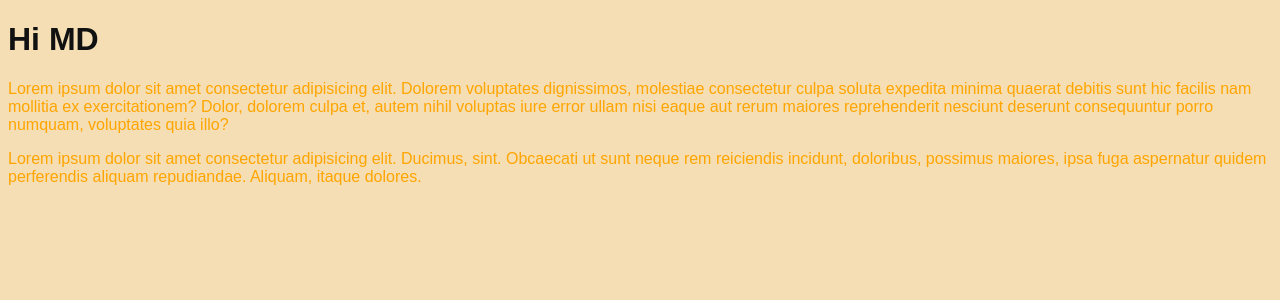
Repository: akashdev296-collab/saba
Page: index.html
An editor plug-in stored every save of this project. The page is shown before and after a run of saves, followed by the edit.
The browser window is 1280 px wide. The pictures show the whole page.

Above is the page before, as saved 2026-09-01 19:27:17.
Not found: js/app.js

After the next 7 saves:
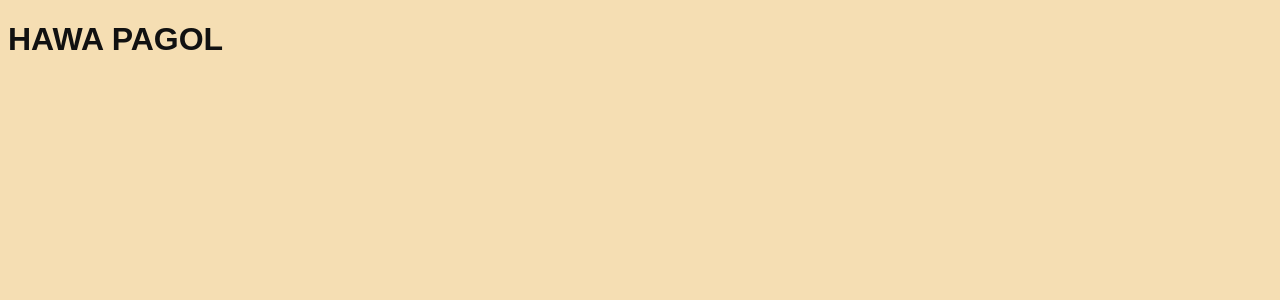
The 7 saves are shown as one change because they came seconds apart.
The last was saved 9 min 17 s later.
--- a/index.html
+++ b/index.html
@@ -11,10 +11,7 @@
 
 <body>
 
-    <h1>Hi MD</h1>
-    <p>Lorem ipsum dolor sit amet consectetur adipisicing elit. Dolorem voluptates dignissimos, molestiae consectetur culpa soluta expedita minima quaerat debitis sunt hic facilis nam mollitia ex exercitationem? Dolor, dolorem culpa et, autem nihil voluptas iure error ullam nisi eaque aut rerum maiores reprehenderit nesciunt deserunt consequuntur porro numquam, voluptates quia illo?</p>
-    <p>Lorem ipsum dolor sit amet consectetur adipisicing elit. Ducimus, sint. Obcaecati ut sunt neque rem reiciendis incidunt, doloribus, possimus maiores, ipsa fuga aspernatur quidem perferendis aliquam repudiandae. Aliquam, itaque dolores.</p>
-
+  <h1>HAWA PAGOL</h1>
     <script defer src="js/app.js"></script>
 </body>
 </html>
